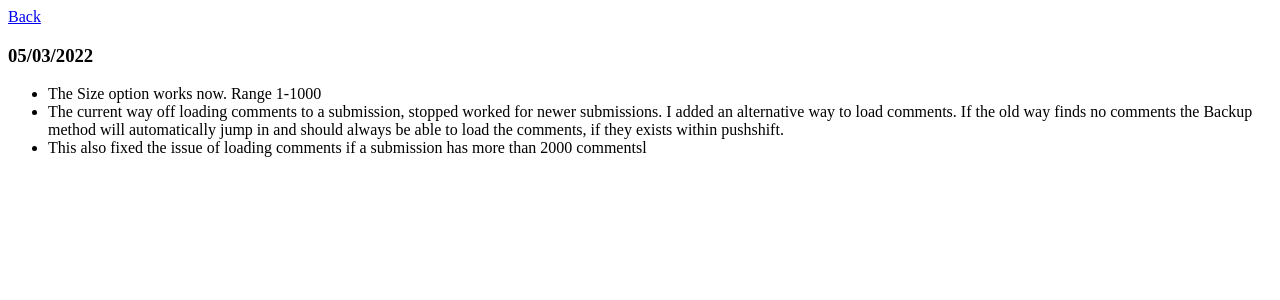
Repository: ihsoyCT/ctarchive
Page: dist/changelog.html
An editor plug-in stored every save of this project. The page is shown before and after the next save, followed by the edit.
The browser window is 1280 px wide. The pictures show the whole page.

Above is the page before, as saved 2022-05-03 17:33:37.

### dist/changelog.html
<!DOCTYPE html>
<html>
  <head>
    <title>Reddit Archive - Changelog</title>
  </head>
  <body>
    <a href="./index.html">Back</a>
    <div>
      <h3 id="section">05/03/2022</h3>
      <ul>
        <li>The Size option works now. Range 1-1000</li>
        <li>
          The current way off loading comments to a submission, stopped worked
          for newer submissions. I added an alternative way to load comments. If
          the old way finds no comments the Backup method will automatically
          jump in and should always be able to load the comments, if they exists
          within pushshift.
        </li>
        <li>
          This also fixed the issue of loading comments if a submission has more
          than 2000 commentsl
        </li>
      </ul>
    </div>
  </body>
</html>

After the next save:
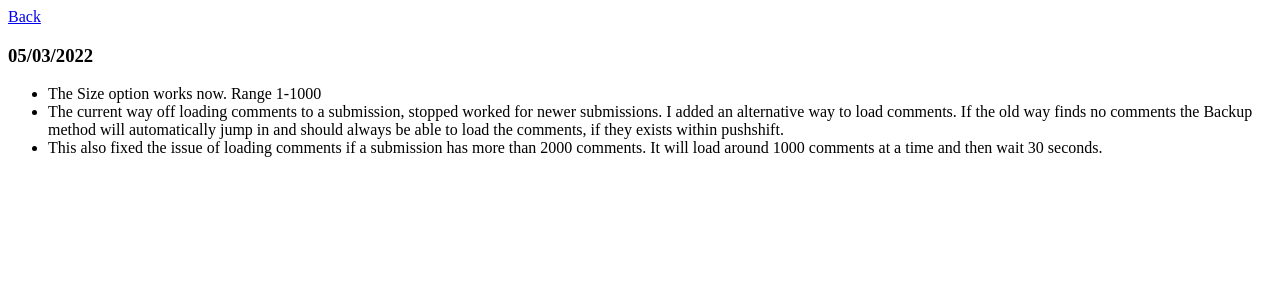
Saved 33 s later.
--- a/dist/changelog.html
+++ b/dist/changelog.html
@@ -18,7 +18,8 @@
         </li>
         <li>
           This also fixed the issue of loading comments if a submission has more
-          than 2000 commentsl
+          than 2000 comments. It will load around 1000 comments at a time and
+          then wait 30 seconds.
         </li>
       </ul>
     </div>
